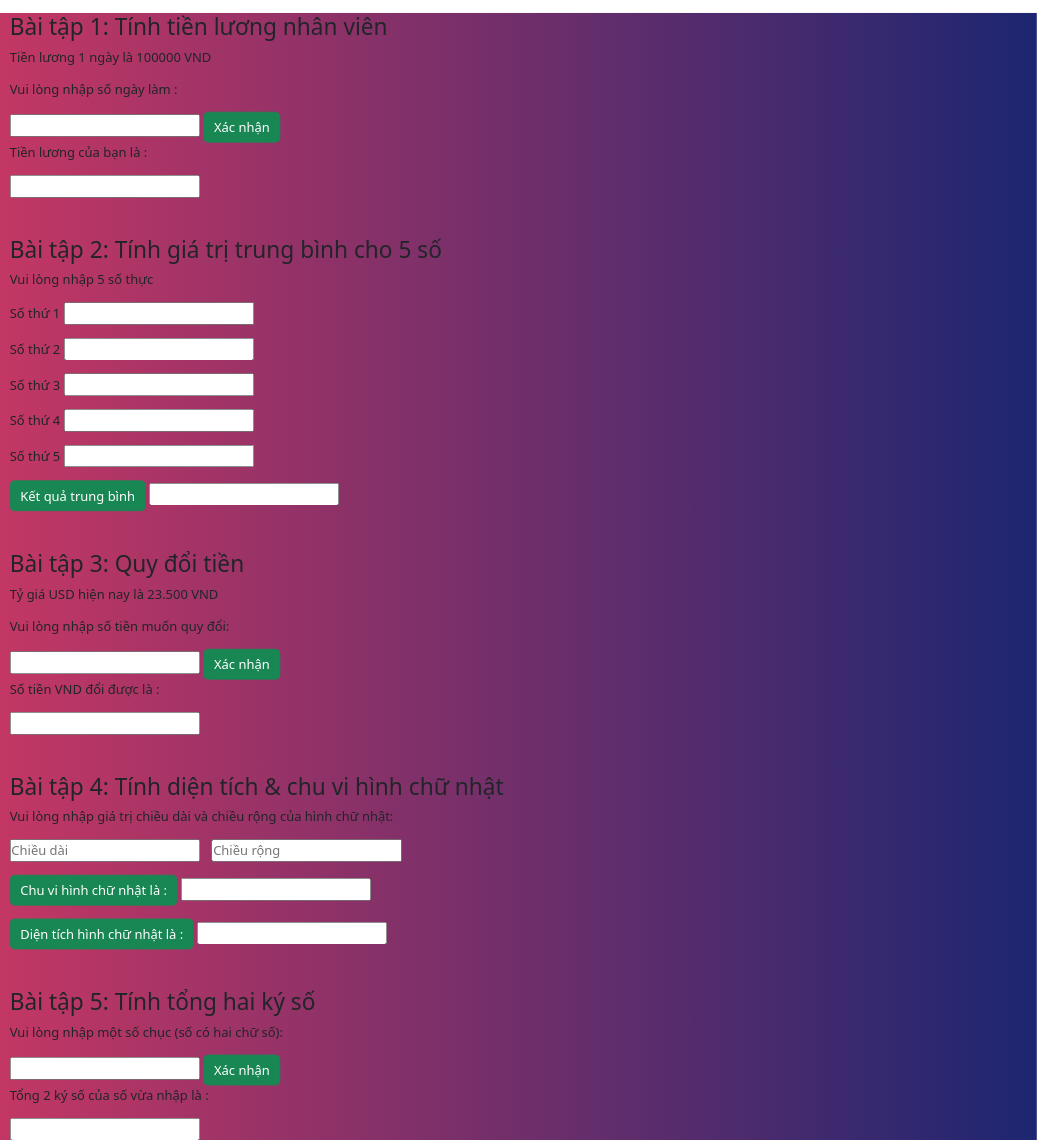
Repository: hcozyph/TranHuuPhuoc_BC43_BT_JS_Buoi2
Page: index.html
The author's editor kept a copy of each file at every save. The page is drawn from the files as they stood at one save, then again after the next save.
The browser window is 1280 px wide. The pictures show the whole page, at 81% of full size.

Above is the page before, as saved 2023-02-03 20:18:31.

After the next save:
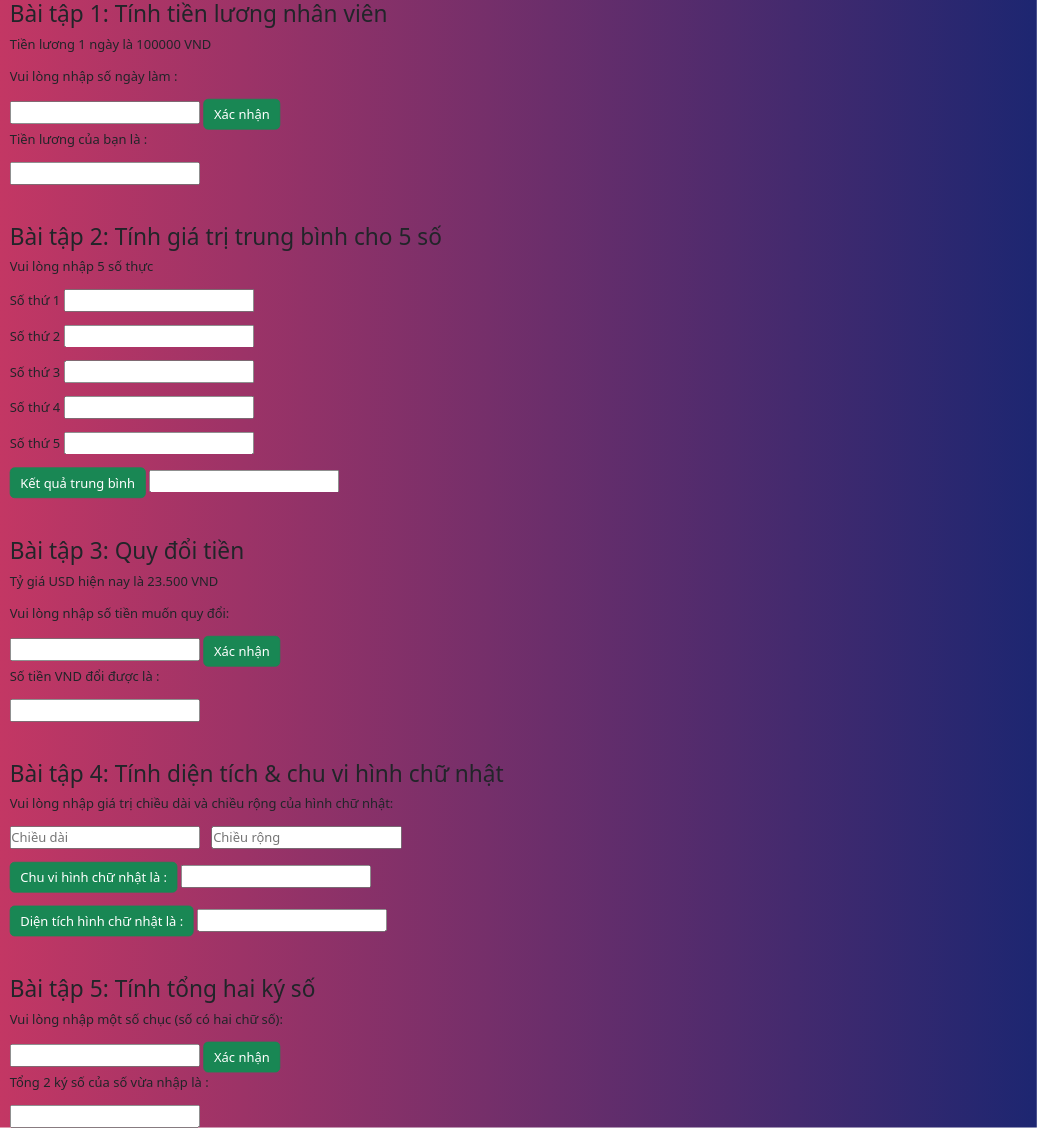
Saved 8 s later.
--- a/index.html
+++ b/index.html
@@ -46,9 +46,7 @@
             <div class="container">
                 <!-- BT-1 -->
                 <div class="BT1">
-                    <h1 class="fs-3 mt-3">
-                        Bài tập 1: Tính tiền lương nhân viên
-                    </h1>
+                    <h1 class="fs-3">Bài tập 1: Tính tiền lương nhân viên</h1>
                     <p>Tiền lương 1 ngày là 100000 VND</p>
                     <p>Vui lòng nhập số ngày làm :</p>
                     <input type="number" id="soNgayLam" />
